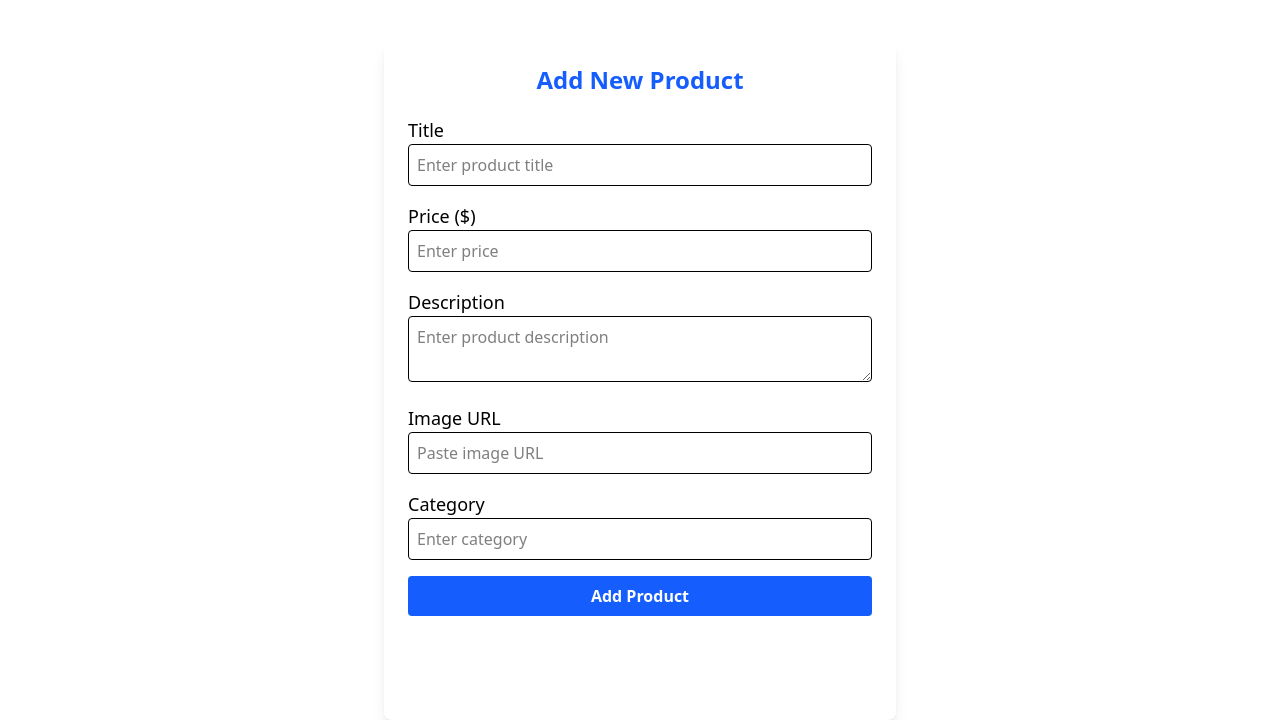
Repository: Habeebur1493/React-App
Page: /add-products
An editor plug-in stored every save of this project. The page is shown before and after the next save, followed by the edit.
The browser window is 1280 px wide. The pictures show the whole page.
The page's requests for data from a server got no answer. The project was rebuilt for these pictures with package versions that can differ from the ones it lists, and the page was loaded fresh each time. No one was signed in, and anything a server would have sent is missing. Also part of the build but not shown: vite.config.js, src/Components/Login.jsx, src/Components/Nav.jsx, src/Components/Loading.jsx, src/Components/Home.jsx, src/Components/Details.jsx, src/Components/About.jsx, src/Components/Services.jsx and 2 more.

Above is the page before, as saved 2025-02-01 15:19:54.

### index.html
<!doctype html>
<html lang="en">
  <head>
    <meta charset="UTF-8" />
    <meta name="viewport" content="width=device-width, initial-scale=1.0" />
    <title>Project</title>
  </head>
  <body>
    <div id="root"></div>
    <script type="module" src="/src/main.jsx"></script>
  </body>
</html>

### src/main.jsx
import React from "react";
import { createRoot } from "react-dom/client";
import App from "./App.jsx";
import { BrowserRouter } from "react-router-dom";
import Context from "./Components/utils/Context.jsx";
import { ToastContainer } from "react-toastify";

createRoot(document.getElementById("root")).render(
  <Context>
    <BrowserRouter>
      <App />
      <ToastContainer />
    </BrowserRouter>
    </Context>

);

### src/App.jsx
import React, { useState } from "react";
import "./App.css";
import { Route, Routes } from "react-router-dom";
import Login from "./Components/Login.jsx";
import Home from "./Components/Home.jsx";
import Details from "./Components/Details.jsx";
import About from "./Components/About.jsx";
import Services from "./Components/Services.jsx";
import Contact from "./Components/Contact.jsx";
import Addproducts from "./Components/Addproducts.jsx";
import ShowProducts from "./Components/ShowProducts.jsx";

const App = () => {
  const [selectedProduct, setSelectedProduct] = useState(null);

  return (
    <div className='h-screen w-screen flex'>
      <Routes>
        <Route path='/' element={<Login />} />
        <Route path='/Home' element={<Home />} />
        <Route path='/add-products' element={<Addproducts />} />
        <Route path='/details/:id' element={<Details />} />
        <Route path='/About' element={<About />} />
        <Route path='/Services' element={<Services />} />
        <Route path='/Contact' element={<Contact />} />
        <Route
          path='/show-products'
          element={
            <ShowProducts
              setSelectedProduct={setSelectedProduct}
              selectedProduct={selectedProduct}
            />
          }
        />
      </Routes>
    </div>
  );
};

export default App;

### src/Components/utils/Context.jsx
import React, { createContext, useEffect, useState } from "react";
import axios from "axios";

export const ProductContext = createContext();

const Context = ({children}) => {
  const [products, setproducts] = useState([]);

  const getproducts = async () => {
    try {
      const { data } = await axios.get("https://fakestoreapi.com/products");
      setproducts(data);
    } catch (error) {
      console.log( "Error Fetching products"  ,error);
    }
  };

  useEffect(() => {
    getproducts();
  }, []);

  return (
    <ProductContext.Provider value={{products, setproducts}}>
      {children}
    </ProductContext.Provider>
  );
};

export default Context;

### src/Components/Addproducts.jsx
import React, { useState, useEffect } from "react";
import { useNavigate } from "react-router-dom";
import { toast } from "react-toastify";

const AddProduct = ({ selectedProduct, setSelectedProduct }) => {
  const [formData, setFormData] = useState({
    title: "",
    price: "",
    description: "",
    image: "",
    category: "",
  });

  const navigate = useNavigate();

  // ✅ Agar koi product update ho raha ho toh uski details form me load ho
  useEffect(() => {
    if (selectedProduct) {
      setFormData(selectedProduct);
    }
  }, [selectedProduct]);

  const handleChange = (e) => {
    setFormData({ ...formData, [e.target.name]: e.target.value });
  };

  const handleSubmit = (e) => {
    e.preventDefault();
    let products = JSON.parse(localStorage.getItem("products")) || [];

    if (selectedProduct) {
      // ✅ Update existing product
      products = products.map((p) =>
        p.title === selectedProduct.title ? formData : p
      );
    } else {
      // ✅ Add new product
      products.push(formData);
    }

    localStorage.setItem("products", JSON.stringify(products));
    setFormData({
      title: "",
      price: "",
      description: "",
      image: "",
      category: "",
    });
    toast.success("Product added successfully!");
    navigate("/show-products");
    setSelectedProduct(null);
  };

  return (
    <div className='w-[40%] mx-auto bg-white p-6 rounded-lg shadow-lg mt-10'>
      <h2 className='text-2xl font-bold mb-5 text-center text-blue-600'>
        {selectedProduct ? "Update Product" : "Add New Product"}
      </h2>

      <form onSubmit={handleSubmit} className='space-y-4'>
        <div>
          <label className='block text-lg font-medium'>Title</label>
          <input
            type='text'
            name='title'
            value={formData.title}
            onChange={handleChange}
            required
            placeholder='Enter product title'
            className='w-full p-2 border rounded focus:ring-2 focus:ring-blue-500'
          />
        </div>

        <div>
          <label className='block text-lg font-medium'>Price ($)</label>
          <input
            type='number'
            name='price'
            value={formData.price}
            onChange={handleChange}
            required
            placeholder='Enter price'
            className='w-full p-2 border rounded focus:ring-2 focus:ring-blue-500'
          />
        </div>

        <div>
          <label className='block text-lg font-medium'>Description</label>
          <textarea
            name='description'
            value={formData.description}
            onChange={handleChange}
            required
            placeholder='Enter product description'
            className='w-full p-2 border rounded focus:ring-2 focus:ring-blue-500'
          />
        </div>

        <div>
          <label className='block text-lg font-medium'>Image URL</label>
          <input
            type='url'
            name='image'
            value={formData.image}
            onChange={handleChange}
            required
            placeholder='Paste image URL'
            className='w-full p-2 border rounded focus:ring-2 focus:ring-blue-500'
          />
        </div>

        <div>
          <label className='block text-lg font-medium'>Category</label>
          <input
            type='text'
            name='category'
            value={formData.category}
            onChange={handleChange}
            required
            placeholder='Enter category'
            className='w-full p-2 border rounded focus:ring-2 focus:ring-blue-500'
          />
        </div>

        <button
          type='submit'
          className='w-full bg-blue-600 hover:bg-blue-700 text-white font-bold py-2 rounded transition'
        >
          {selectedProduct ? "Update Product" : "Add Product"}
        </button>
      </form>
    </div>
  );
};

export default AddProduct;

Loaded but not shown: src/App.css (common file)

After the next save:
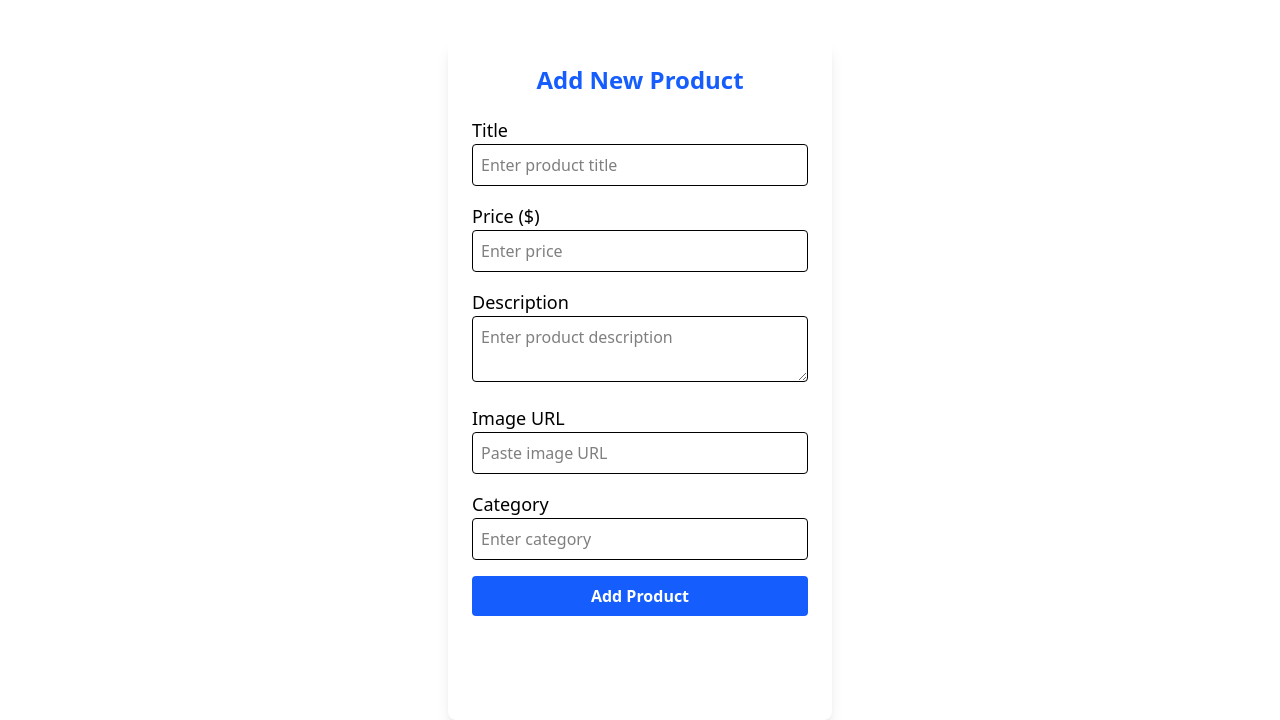
Saved 5 s later.
--- a/src/Components/Addproducts.jsx
+++ b/src/Components/Addproducts.jsx
@@ -52,7 +52,7 @@ const AddProduct = ({ selectedProduct, setSelectedProduct }) => {
   };
 
   return (
-    <div className='w-[40%] mx-auto bg-white p-6 rounded-lg shadow-lg mt-10'>
+    <div className='w-[30%] mx-auto bg-white p-6 rounded-lg shadow-lg mt-10'>
       <h2 className='text-2xl font-bold mb-5 text-center text-blue-600'>
         {selectedProduct ? "Update Product" : "Add New Product"}
       </h2>
